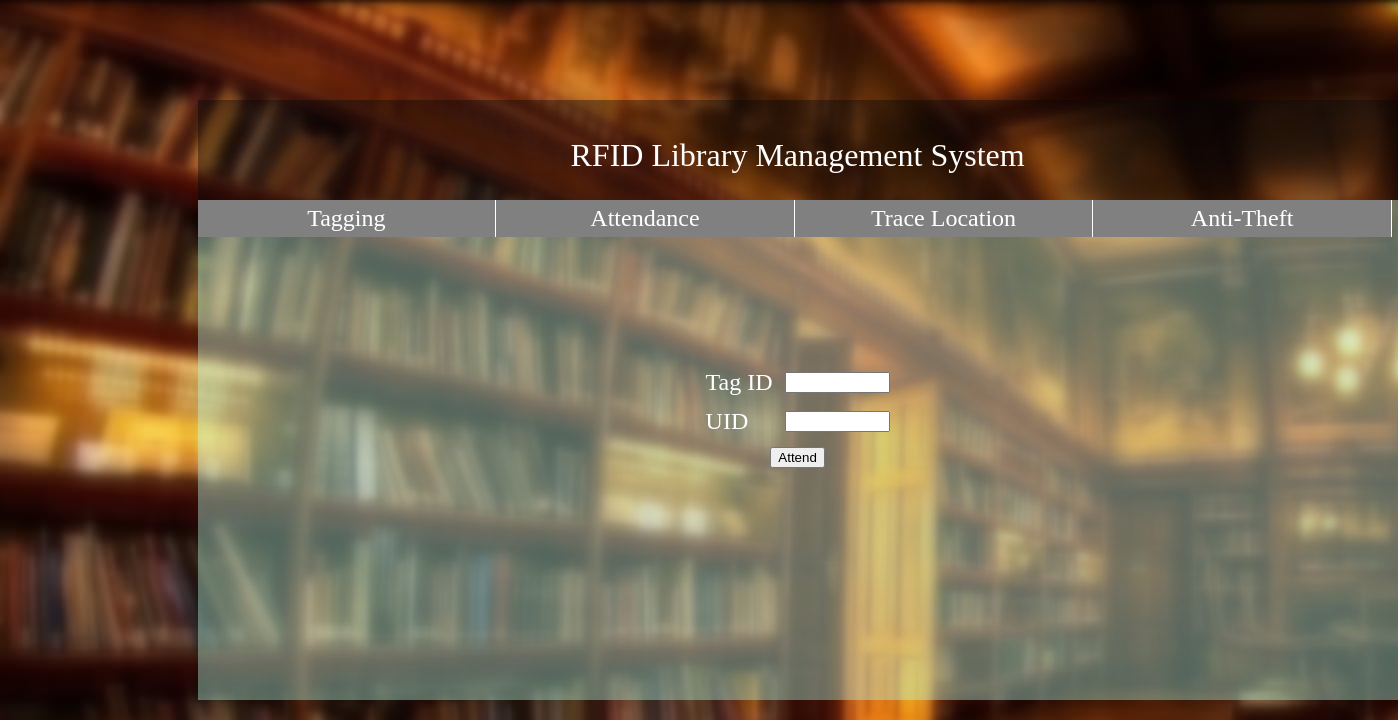
Repository: vigineshs/A-Smart-Data-Analyzer-for-Library-Management-System
Page: http://localhost/librarymgmt/attendance.jsp
An editor plug-in stored every save of this project. The page is shown before and after the next save, followed by the edit.
The browser window is 1280 px wide. The page is 1398 px wide, so the pictures cover 1398 px, including what lies to the right of the window. The pictures show the whole page.
The page is served by Tomcat 9. Other server files are loaded and not shown.

Above is the page before, as saved 2013-02-11 14:47:28.

### PassiveRFID/CS203-Version 1.0.6/Demo Applications/Dot Net C#/Demo Applications Source Code/RFID/librarymgmt/WebContent/attendance.jsp
<%@ page language="java" contentType="text/html; charset=ISO-8859-1"
    pageEncoding="ISO-8859-1"%>
<!DOCTYPE html PUBLIC "-//W3C//DTD HTML 4.01 Transitional//EN" "http://www.w3.org/TR/html4/loose.dtd">
<html>
<head>
<title>RFID | Library Management System</title>
<link rel="stylesheet" type="text/css" href="page.css ">

</head>
<body>
<div class="center">
<div id="container">
<div id="header"><br/>
RFID Library Management System
</div>
<div id="content">
<ul>
<li><a href="tag.jsp">Tagging</a></li>
<li><a href="attend.jsp">Attendance</a></li>
<li><a href="locate.jsp">Trace Location</a></li>
<li><a href="#">Anti-Theft</a></li>
</ul>
<br/><br/>

	<center><form method=POST action="http://localhost:8080/librarymgmt/Attendance" onsubmit="return validateForm()" name=f1>
	<br/><br/><br/><br/>
<table cellpadding="5" >
<tr  ><td>Tag ID</td><td><input type=text size=10 name=btag /></td></tr>
<tr><td>UID</td><td><input type=text size=10 name=buid /></td></tr>

<tr><td colspan="2"><center><input type=submit value=Attend /></center></td></tr>
</table>
</form></center>

</div>
</div></div>
</body>
</html>

### PassiveRFID/CS203-Version 1.0.6/Demo Applications/Dot Net C#/Demo Applications Source Code/RFID/librarymgmt/WebContent/page.css
#container
{


width:1200px;
height:500px;
margin:0px;

}

ul
{

width:100%;
padding:0;
margin:0;
list-style-type:none;
}

ul a
{
float:left;
width:10.6em;
text-decoration:none;
text-align:center;
color:white;
background-color:grey;
padding:0.2em 0.9em;
border-right:1px solid white;
}

a
{
float:left;
width:8em;
text-decoration:none;
text-align:center;
color:white;
background-color:#58ACFA;
padding:0.2em 0.9em;
border-right:1px solid white;
}

a:hover {background-color:white;
color:black;}

li {display:inline;}


.center
{
margin-left:auto;
margin-right:auto;
width:70%;
}

body
{
background-image:url('images/lib.jpg');
color:white;
}

#header
{
background-image:url('images/header.png');
font-family:Monotype Corsiva;
font-size:32px;
color:white;
height:100px;
text-align:center;
float:center;
margin-top:100px;
}

#content
{
background-image:url('images/content.png');
width:1200px;
height:500px;
margin-left:0px;
overflow:hidden;
font-size:24px;
float:center;
}

#lcon
{
width:300px;
height:100%
overflow:hidden;
}

#rcon
{
width:700px;
height:100%
overflow:hidden;
margin-left:300px;
}

After the next save:
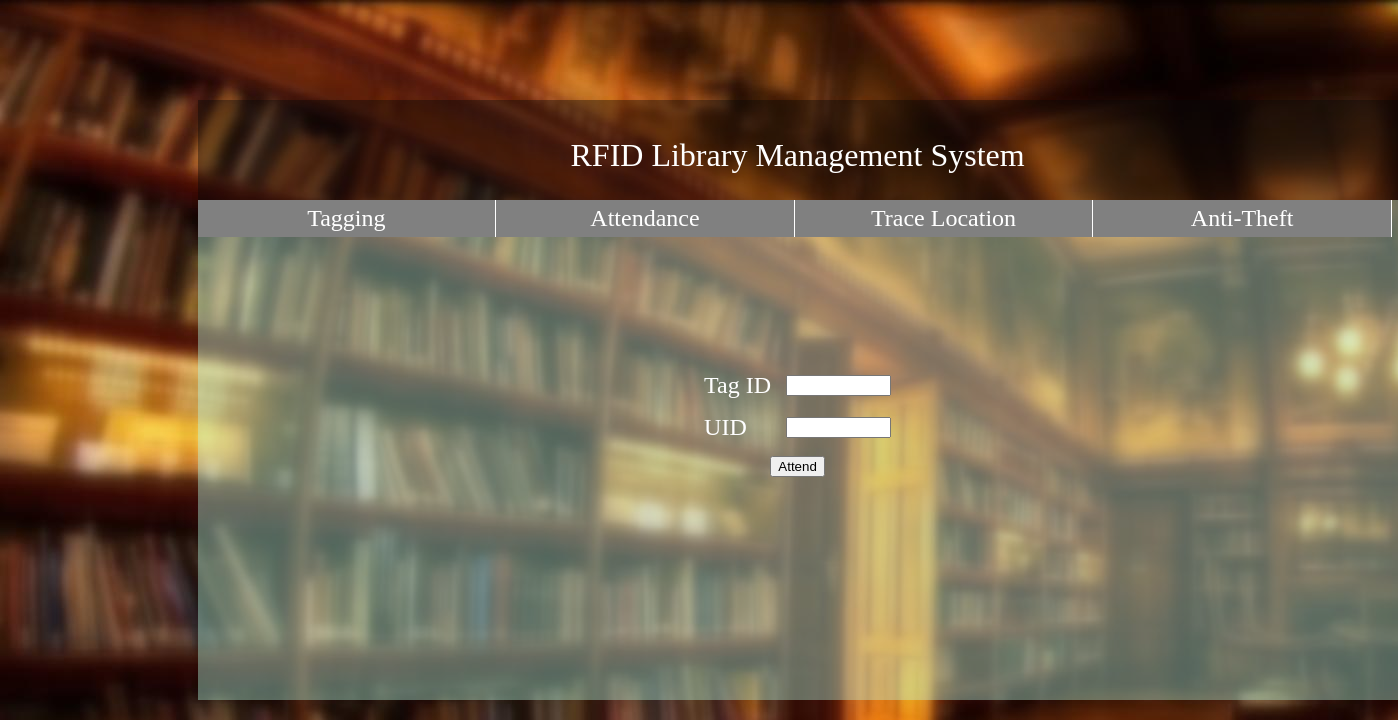
Saved 18 s later.
--- a/PassiveRFID/CS203-Version 1.0.6/Demo Applications/Dot Net C#/Demo Applications Source Code/RFID/librarymgmt/WebContent/attendance.jsp
+++ b/PassiveRFID/CS203-Version 1.0.6/Demo Applications/Dot Net C#/Demo Applications Source Code/RFID/librarymgmt/WebContent/attendance.jsp
@@ -24,7 +24,7 @@ RFID Library Management System
 
 	<center><form method=POST action="http://localhost:8080/librarymgmt/Attendance" onsubmit="return validateForm()" name=f1>
 	<br/><br/><br/><br/>
-<table cellpadding="5" >
+<table cellpadding="5" cellspacing="5" >
 <tr  ><td>Tag ID</td><td><input type=text size=10 name=btag /></td></tr>
 <tr><td>UID</td><td><input type=text size=10 name=buid /></td></tr>
 
